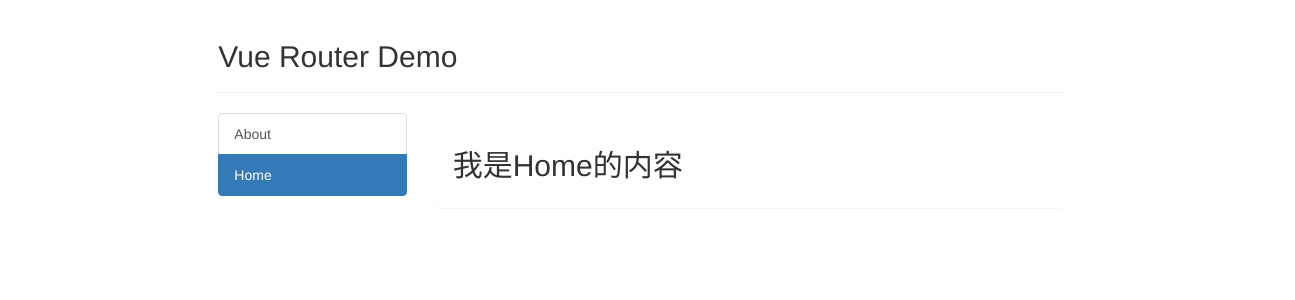
Repository: Crow7277/Vue2-
Page: /#/home
These files come from the project's save history. The page is drawn as it stood at one moment and after the next save; the edit follows.
The browser window is 1280 px wide. The page is 1295 px wide, so the pictures cover 1295 px, including what lies to the right of the window. The pictures show the whole page.
The project was rebuilt for these pictures with package versions that can differ from the ones it lists, and the page was loaded fresh each time. Also part of the build but not shown: vue.config.js, src/pages/About.vue.

Above is the page before, as saved 2022-04-09 17:26:50.

After the next save:
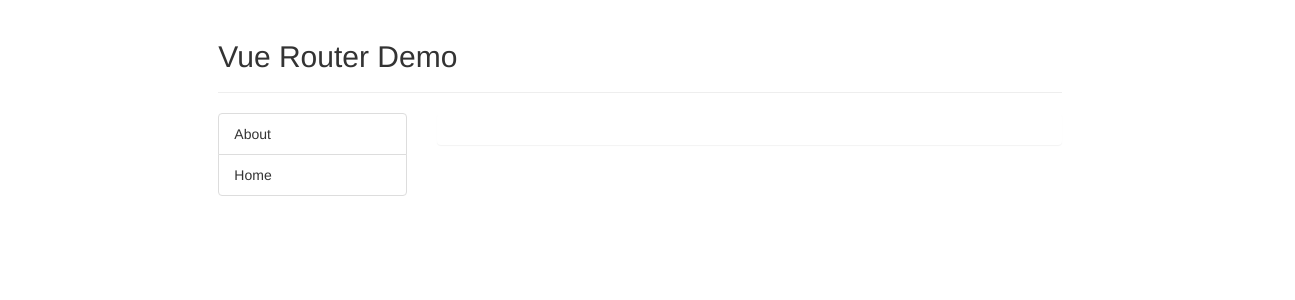
Saved 74 s later.
--- a/src/main.js
+++ b/src/main.js
@@ -10,7 +10,7 @@ import router from './router';
 Vue.config.productionTip = false;
 
 // 应用插件
-Vue.use(VueRouter);
+// Vue.use(VueRouter);
 
 // 创建Vue
 new Vue({

After the 5 saves that followed:
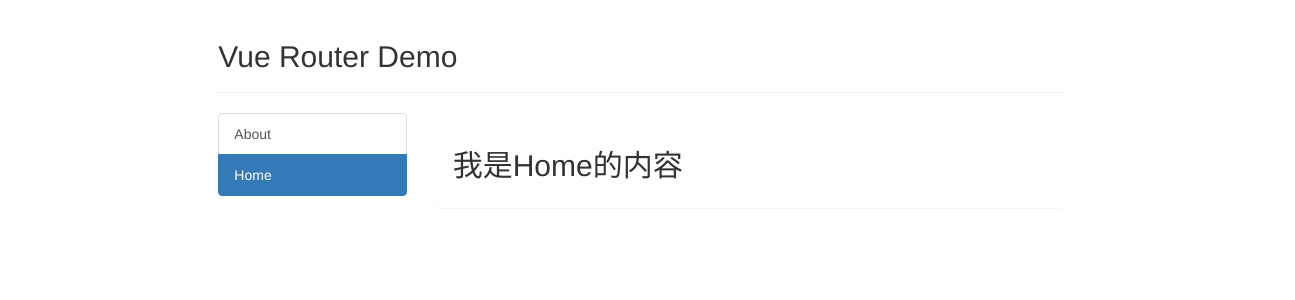
The 5 saves are shown as one change because 1 did not build or start and 1 left the picture as it was and some came seconds apart.
The last was saved 42 s later.
--- a/src/router/index.js
+++ b/src/router/index.js
@@ -3,7 +3,8 @@ import VueRouter from 'vue-router';
 // 引入组件
 import About from '../pages/About.vue';
 import Home from '../pages/Home.vue';
-
+import Vue from 'vue';
+Vue.use(VueRouter);
 // 创建并暴露一个路由器
 export default new VueRouter({
     routes: [
